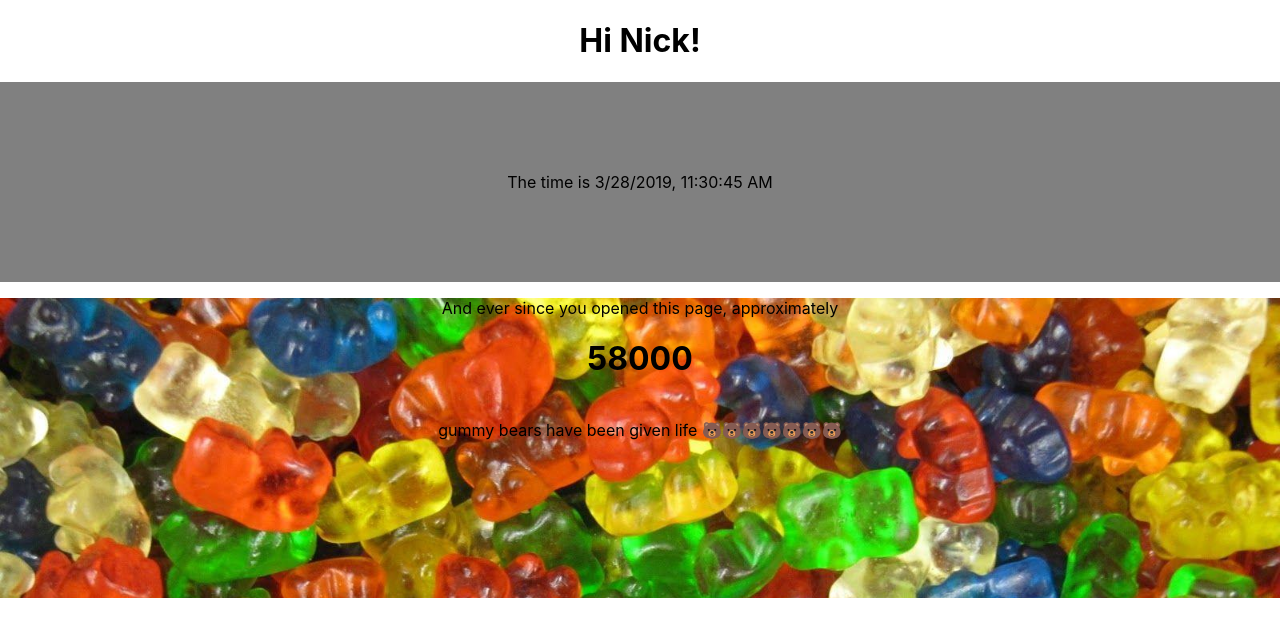
Repository: crispinonicky/gummy-facts
Page: /
An editor plug-in stored every save of this project. The page is shown before and after the next save, followed by the edit.
The browser window is 1280 px wide. The pictures show the whole page.
The project was rebuilt for these pictures with package versions that can differ from the ones it lists, and the page was loaded fresh each time.

Above is the page before, as saved 2019-03-28 15:32:39.

### src/App.js
import React, { Component } from 'react';
import './App.css';
import Clock from './components/Clock';
import GummyCount from './components/GummyCount';
import Map from './components/Map';


class App extends Component {
  constructor(props){
    super(props)

    this.state = {
      name: "Nick"
    }

  }



  render() {
    return (
      <div className="App">


      <h1>
        Hi {this.state.name}!
      </h1>

        <Clock />
        <GummyCount />
        <Map />


      </div>
    );
  }
}

export default App;

### src/App.css
.App {
  text-align: center;
  margin: 0 auto;
}

.Clock {
  height: 200px;
  background: gray;
}

.Clock p {
  position: relative;
  top: 90px;

}

.Count {
  height: 300px;
  background: url('./images/gummy\ bears.jpg');
  background-size: cover;
}

/* #googleMap {
  height: 300px;
  width: 400px;
} */

### src/components/Clock.js
import React, { Component } from "react";
import "../App.css";

let time = new Date().toLocaleString();

class Clock extends React.Component {
  constructor(props) {

    super(props)
    this.state = {
      time: new Date().toLocaleString(),
    };
  }

  componentDidMount() {
    this.intervalID = setInterval(
      () => this.tick(),
      1000
    )
  }

  componentWillUnmount() {
    clearInterval(this.intervalID);
  }

  tick() {
    this.setState({
      time: new Date().toLocaleString()
    });
  }

  render() {
    return (
      <div className = "Clock">
      <p>
        The time is {this.state.time}
      </p>
      </div>
    );
  }
}

console.log(typeof time)


export default Clock;

### src/components/GummyCount.js
const React = require('react')

class GummyCount extends React.Component {
  constructor(props) {
    super(props);
    this.state = {
      seconds: 0,
    };
  }

  tick() {
    this.setState(state => ({
      seconds: state.seconds + 1
    }));
  }

  componentDidMount() {
    this.interval = setInterval(() => this.tick(), 10);
  }

  componentWillUnmount() {
    clearInterval(this.interval);
  }

  render() {

    return (
<div>
      <div className = "Count">
        <p>
        And ever since you opened this page, approximately
        <br/>
        <h1>{this.state.seconds * 116}</h1>
        <br/>
        gummy bears have been given life 🐻🐻🐻🐻🐻🐻🐻
        </p>
      </div>
      </div>
    );
  }
}

export default GummyCount;

### src/components/Map.js
import React, { Component } from 'react';
import '../App.css';

// my map: https://maps.googleapis.com/maps/api/js?key=AIzaSyCrbuDGnqcHSG6nK1oo2PyiiXvsyWLZelo&callback=myMap

class Map extends React.Component {
  constructor(props){
    super(props)

    this.state = {
      name: "Nick"
    }

  }



  render() {
    return (
      <div className="Map">

<div id="googleMap">

</div>



      </div>
    );
  }
}

export default Map;

Loaded but not shown: public/index.html (common file); src/index.js (common file); src/index.css (common file); src/serviceWorker.js (common file)

After the next save:
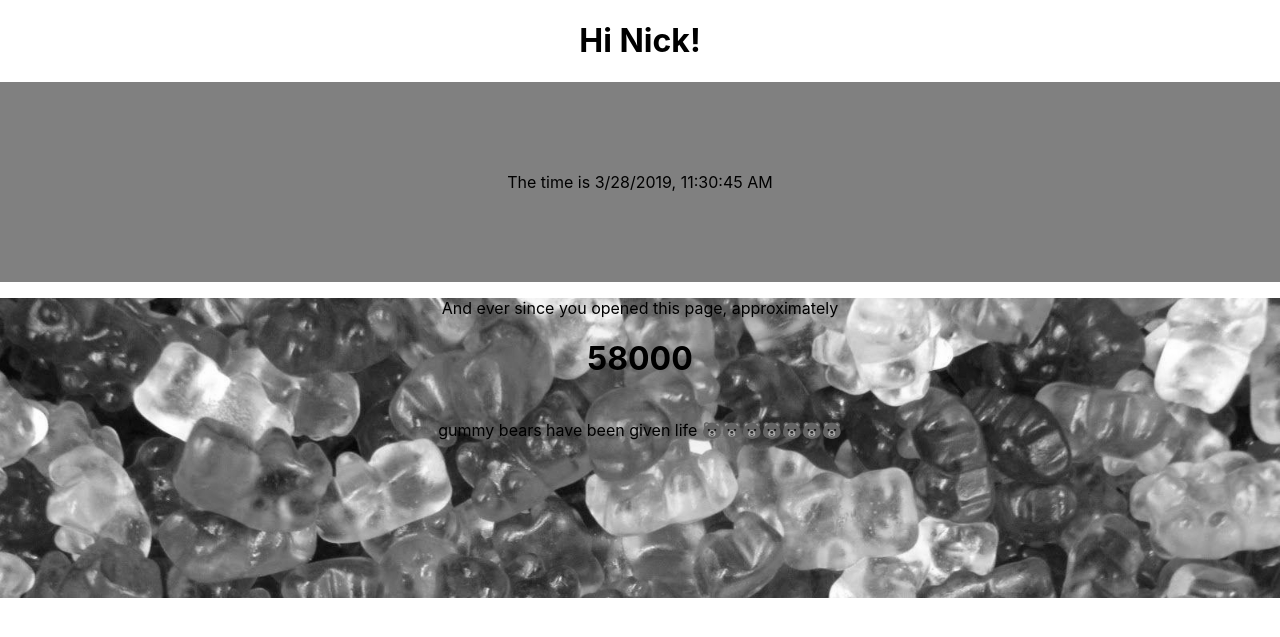
Saved 35 s later.
--- a/src/App.css
+++ b/src/App.css
@@ -18,6 +18,7 @@
   height: 300px;
   background: url('./images/gummy\ bears.jpg');
   background-size: cover;
+  filter: grayscale(100%)
 }
 
 /* #googleMap {
